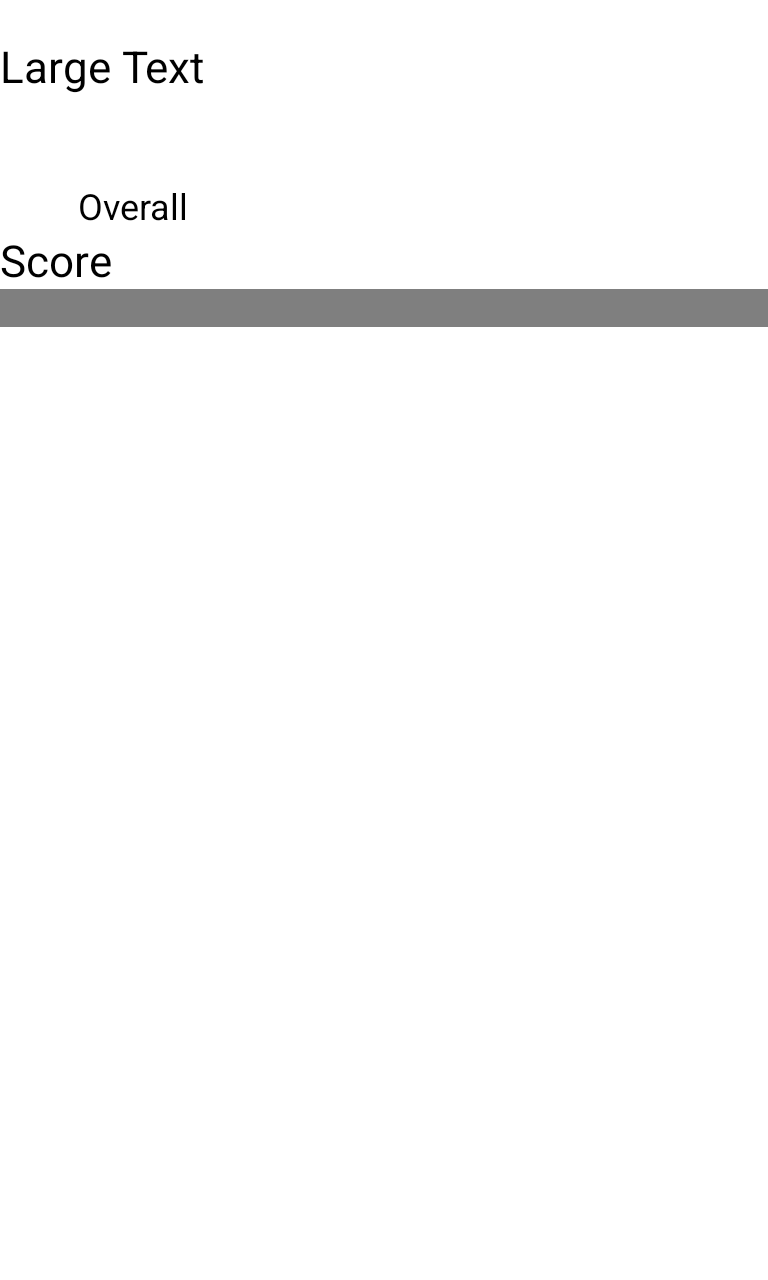
Repository: colincove/CreativeCritic
Layout: workspace/CreativeCritic/res/layout/activity_category_screen.xml
The author's editor kept a copy of each file at every save. The layout is drawn from the files as they stood at one save, then again after the next save.
Pictures or frames that could not be fetched are drawn as grey boxes. It is drawn on a 768 x 1280 px phone screen (xhdpi) without system bars, with theme AppTheme; the app's code is not run.

Above is the layout before, as saved 2013-11-28 08:15:54.

### workspace/CreativeCritic/res/layout/activity_category_screen.xml
<LinearLayout xmlns:android="http://schemas.android.com/apk/res/android"
    xmlns:tools="http://schemas.android.com/tools"
    android:id="@+id/container"
    android:layout_width="match_parent"
    android:layout_height="match_parent"
    tools:context=".CategoryScreen"
    tools:ignore="MergeRootFrame"
    android:orientation="vertical" >
 <HorizontalScrollView
            android:layout_width="match_parent"
            android:layout_height="wrap_content">
    <LinearLayout android:orientation="horizontal"
        android:id="@id/category_image_view"
        android:layout_height="match_parent"
        android:layout_width="wrap_content"
        >
    </LinearLayout>
</HorizontalScrollView >
        <TextView
            android:id="@+id/categoryTitleTextView"
            android:layout_width="wrap_content"
            android:layout_height="wrap_content"
            android:layout_marginTop="18dp"
            android:text="Large Text"
            android:textAppearance="?android:attr/textAppearanceLarge" />

        <TextView
            android:id="@+id/generalScoreTextView"
            android:layout_width="wrap_content"
            android:layout_height="wrap_content"
            android:layout_alignParentLeft="true"
            android:layout_marginLeft="39dp"
            android:layout_marginTop="43dp"
            android:text="Overall"
            android:textAppearance="?android:attr/textAppearanceMedium" />

        <TextView
            android:id="@+id/scoreNumberTextView"
            android:layout_width="wrap_content"
            android:layout_height="wrap_content"
            android:text="Score"
            android:textAppearance="?android:attr/textAppearanceLarge" />

        <fragment android:name = "com.example.creativecritic.MyListFragment"
            android:id = "@id/list_fragment"
            android:layout_width="fill_parent"
            android:layout_height="wrap_content"
            >
            </fragment>


</LinearLayout>

Loaded but not shown: workspace/CreativeCritic/res/values/styles.xml (common file); workspace/CreativeCritic/res/values-v11/styles.xml (common file); workspace/CreativeCritic/res/values-v14/styles.xml (common file); workspace/CreativeCritic/res/values/dimens.xml (common file)

After the next save:
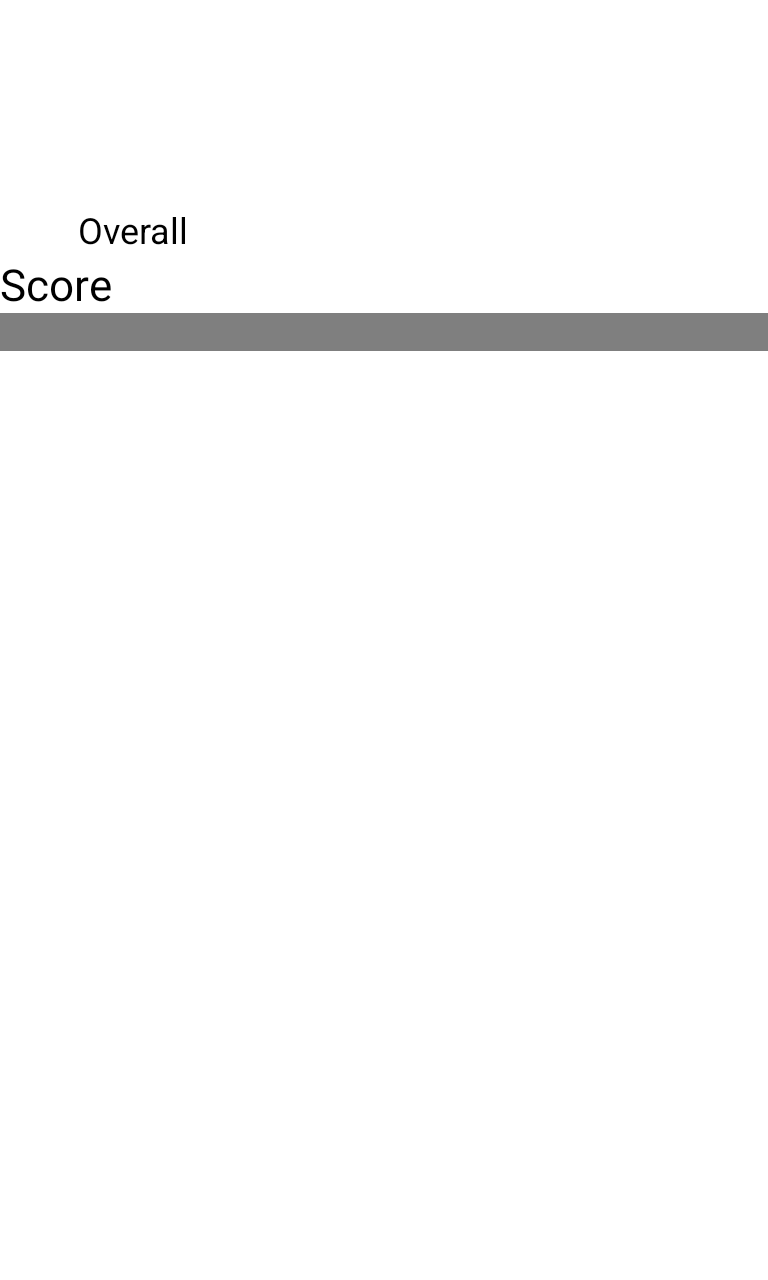
Saved 24 s later.
--- a/workspace/CreativeCritic/res/layout/activity_category_screen.xml
+++ b/workspace/CreativeCritic/res/layout/activity_category_screen.xml
@@ -20,8 +20,8 @@
             android:id="@+id/categoryTitleTextView"
             android:layout_width="wrap_content"
             android:layout_height="wrap_content"
-            android:layout_marginTop="18dp"
-            android:text="Large Text"
+            android:layout_marginTop="@dimen/header_text"
+            android:text=""
             android:textAppearance="?android:attr/textAppearanceLarge" />
 
         <TextView
